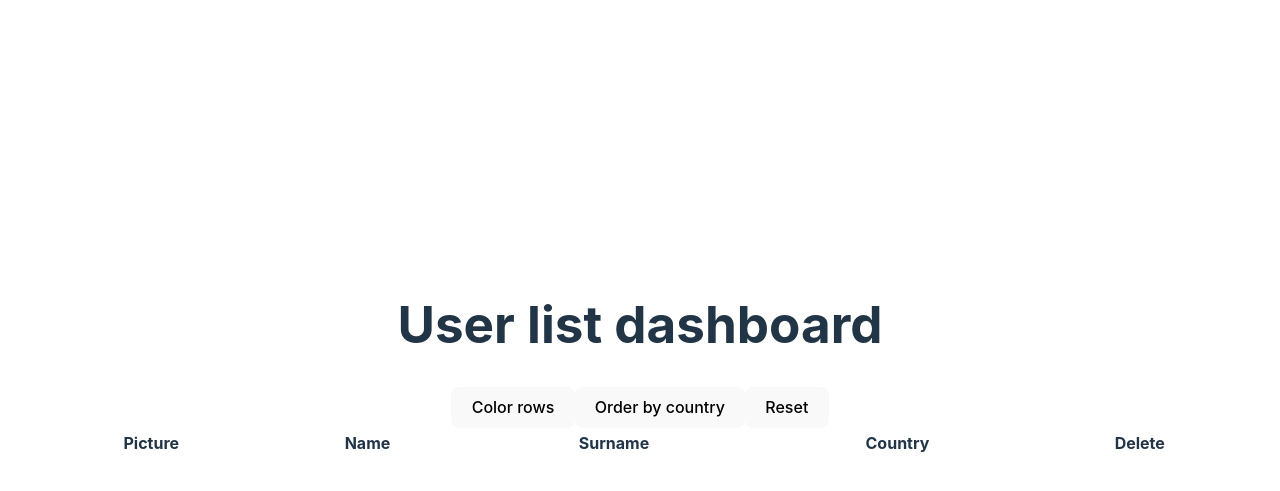
Repository: atzin-escandia/react-typescript-users-dashboard
Page: /
These files come from the project's save history. The page is drawn as it stood at one moment and after the next save; the edit follows.
The browser window is 1280 px wide. The pictures show the whole page.
The page's requests for data from a server got no answer. The project was rebuilt for these pictures with package versions that can differ from the ones it lists, and the page was loaded fresh each time. No one was signed in, and anything a server would have sent is missing. Also part of the build but not shown: vite.config.ts.

Above is the page before, as saved 2023-10-09 19:04:50.

After the next save:
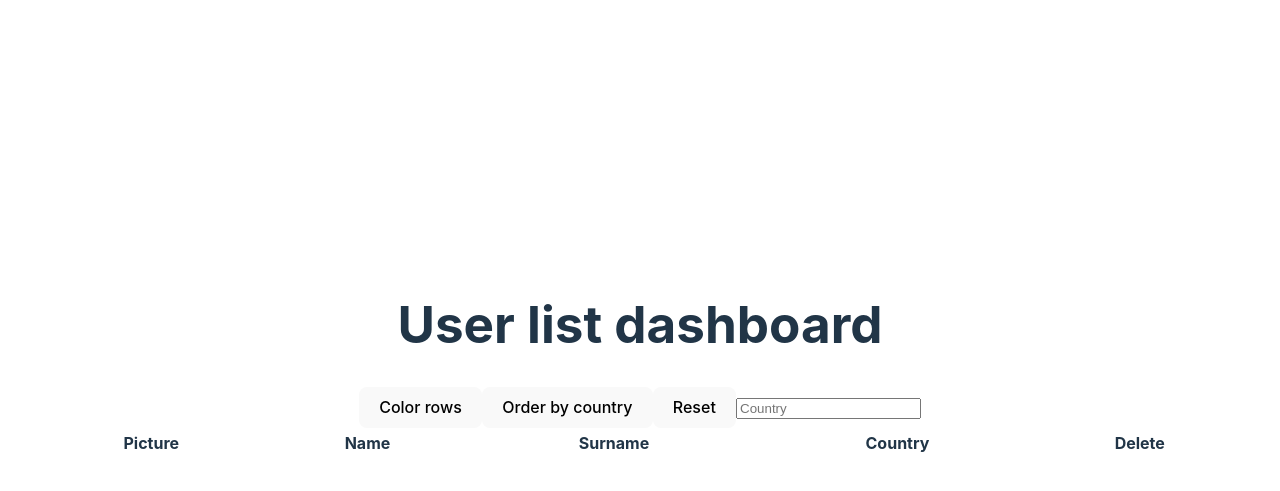
Saved 12 min 3 s later.
--- a/src/App.tsx
+++ b/src/App.tsx
@@ -23,6 +23,8 @@
     setUsers(originalUsers.current);
   };
 
+  const handleSearch = (index: number) => {};
+
   const handleRemoveUser = (index: number) => {
     const newUsers = [...users];
     const newList = newUsers.filter((_, i) => i !== index);
@@ -45,6 +47,11 @@
           {sortUsers ? "Not order by country" : "Order by country"}
         </button>
         <button onClick={() => handleReset()}>Reset</button>
+        <input
+          type="text"
+          placeholder="Country"
+          onChange={() => handleSearch()}
+        />
       </header>
 
       <section className="card">
